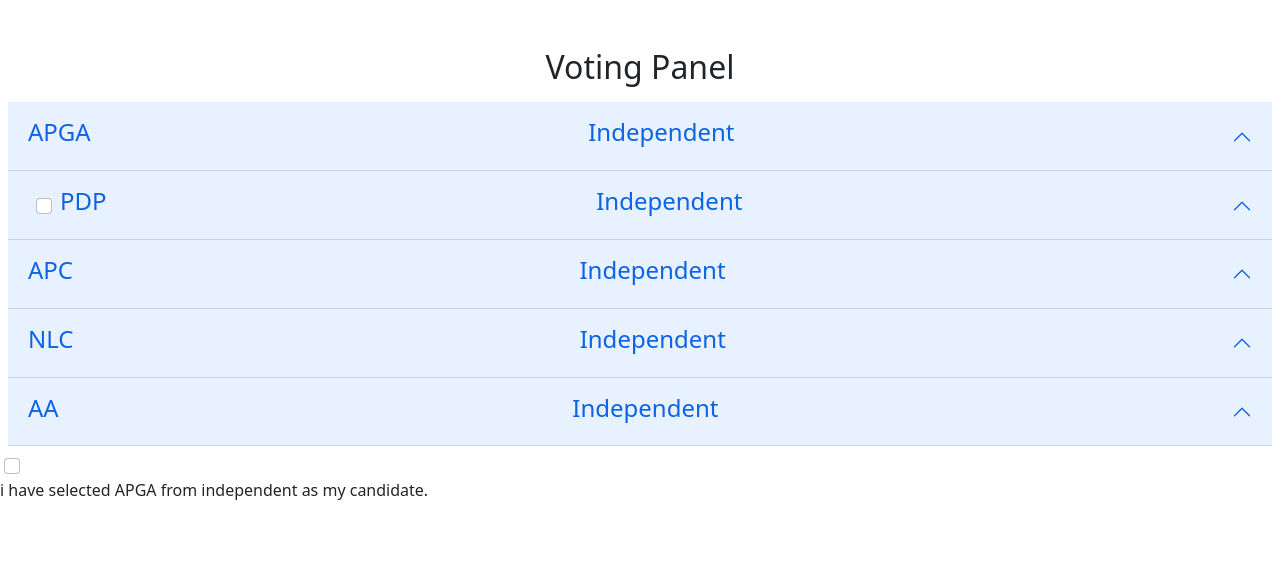
Repository: DavidManiIbrahim/Voting-app
Page: panel.html
An editor plug-in stored every save of this project. The page is shown before and after the next save, followed by the edit.
The browser window is 1280 px wide. The pictures show the whole page.

Above is the page before, as saved 2025-01-20 06:33:44.

After the next save:
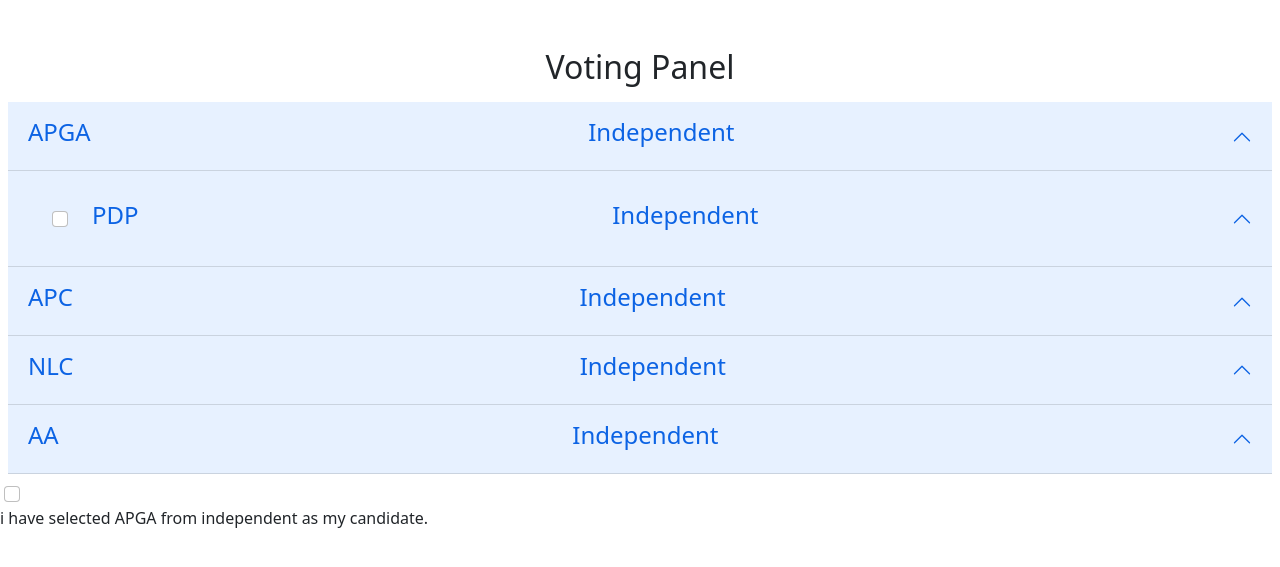
Saved 9 s later.
--- a/panel.html
+++ b/panel.html
@@ -50,7 +50,7 @@
         data-bs-toggle="collapse"
         data-bs-target="#accord1"
       >
-        <input type="checkbox" class="form-check-input m-2" /> <br>
+        <input type="checkbox" class="form-check-input m-4" /> <br>
         <h4 class="accor">PDP</h4>
         <img src="" alt="" />
 

After the save that followed:
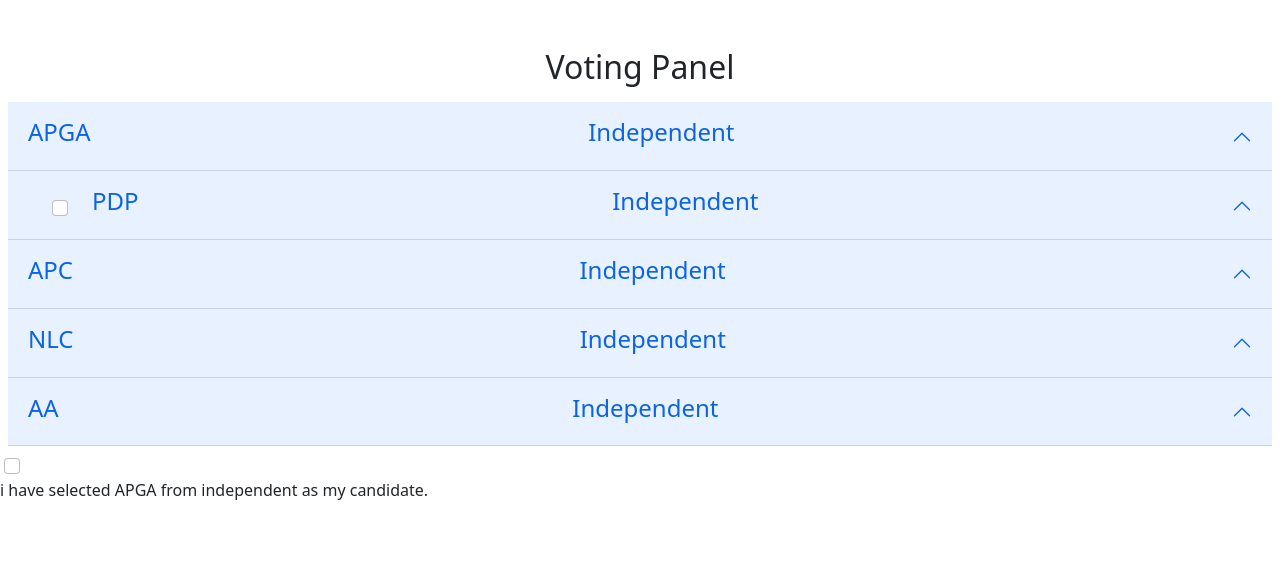
Saved 14 s later.
--- a/panel.html
+++ b/panel.html
@@ -50,7 +50,7 @@
         data-bs-toggle="collapse"
         data-bs-target="#accord1"
       >
-        <input type="checkbox" class="form-check-input m-4" /> <br>
+        <input type="checkbox" class="form-check-input mx-4" /> <br>
         <h4 class="accor">PDP</h4>
         <img src="" alt="" />
 
